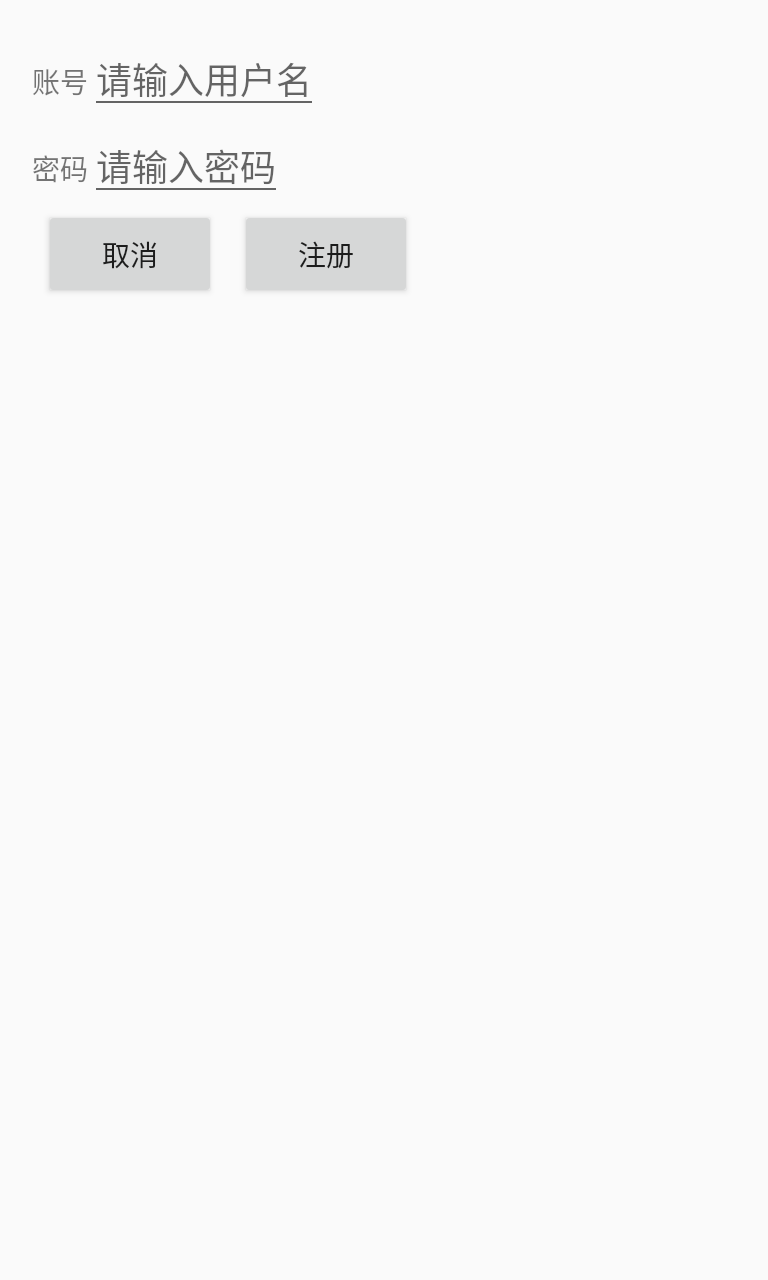
Repository: zzznn/Android_and_java
Layout: work/Day0203/res/layout/activity_main.xml
These files come from the project's save history. The layout is drawn as it stood at one moment and after the next save; the edit follows.
It is drawn on a 768 x 1280 px phone screen (xhdpi) without system bars, with theme AppTheme; the app's code is not run.

Above is the layout before, as saved 2018-01-03 12:51:57.

### work/Day0203/res/layout/activity_main.xml
<LinearLayout xmlns:android="http://schemas.android.com/apk/res/android"
    xmlns:tools="http://schemas.android.com/tools"
    android:layout_width="match_parent"
    android:layout_height="match_parent"
    android:paddingBottom="@dimen/activity_vertical_margin"
    android:paddingLeft="@dimen/activity_horizontal_margin"
    android:paddingRight="@dimen/activity_horizontal_margin"
    android:paddingTop="@dimen/activity_vertical_margin"
    android:orientation="vertical"
    tools:context="com.kevin.day0203.MainActivity" >


    <LinearLayout
        android:layout_width="match_parent"
        android:layout_height="wrap_content">

    <TextView
        android:id="@+id/tv"
        android:layout_width="wrap_content"
        android:layout_height="wrap_content"
        android:text="账号"/>



    <EditText
        android:id="@+id/et_name"
        android:layout_width="wrap_content"
        android:layout_height="wrap_content"
        android:hint="请输入用户名"
        />
    </LinearLayout>



    <LinearLayout
    	android:layout_width="wrap_content"
        android:layout_height="wrap_content">
    <TextView
        android:id="@+id/tv_sec"
        android:layout_width="wrap_content"
        android:layout_height="wrap_content"
        android:text="密码"/>

    <EditText
        android:id="@+id/et_code"
        android:layout_width="wrap_content"
        android:layout_height="wrap_content"
        android:inputType="textPassword"
        android:hint="请输入密码"
        />

    </LinearLayout>
    <LinearLayout
    	android:layout_width="wrap_content"
        android:layout_height="wrap_content">
    <Button
        android:id="@+id/btn_cansel"
        android:layout_width="0dp"
        android:layout_weight="2"
        android:layout_height="wrap_content"
        android:layout_marginRight="5dp"
        android:layout_marginLeft="5dp"
        android:text="取消"
        />

    <Button
        android:id="@+id/btn_regist"
        android:layout_width="0dp"
        android:layout_weight="3"
        android:layout_height="wrap_content"
		android:layout_marginLeft="5dp"
        android:layout_marginRight="5dp"
        android:text="注册"
        />

    </LinearLayout>

</LinearLayout>

Loaded but not shown: work/Day0203/res/values/styles.xml (common file); work/Day0203/res/values-v11/styles.xml (common file); work/Day0203/res/values-v14/styles.xml (common file); work/Day0203/res/values/dimens.xml (common file); work/Day0203/res/values-w820dp/dimens.xml (common file)

After the next save:
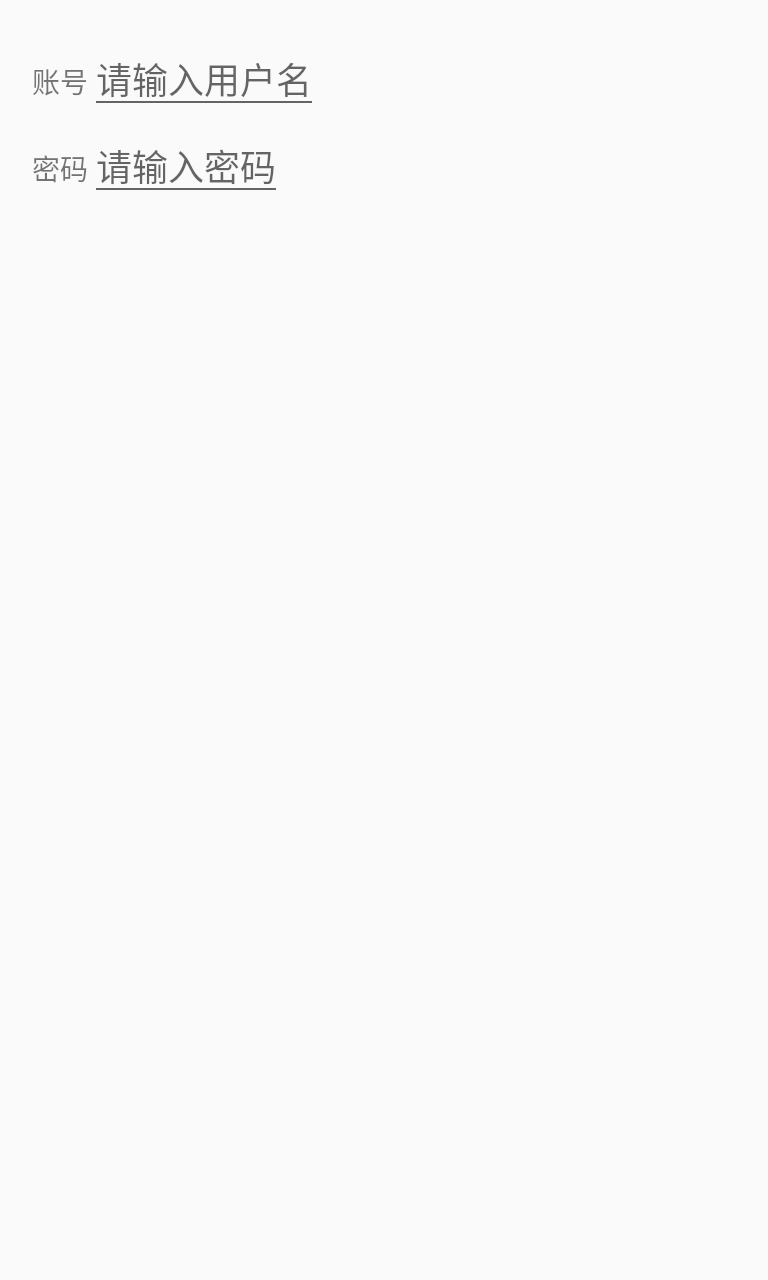
Saved 2 min 14 s later.
--- a/work/Day0203/res/layout/activity_main.xml
+++ b/work/Day0203/res/layout/activity_main.xml
@@ -55,7 +55,7 @@
         android:layout_height="wrap_content">
     <Button
         android:id="@+id/btn_cansel"
-        android:layout_width="0dp"
+        android:layout_width="2dp"
         android:layout_weight="2"
         android:layout_height="wrap_content"
         android:layout_marginRight="5dp"
@@ -65,7 +65,7 @@
 
     <Button
         android:id="@+id/btn_regist"
-        android:layout_width="0dp"
+        android:layout_width="2dp"
         android:layout_weight="3"
         android:layout_height="wrap_content"
 		android:layout_marginLeft="5dp"

After the save that followed:
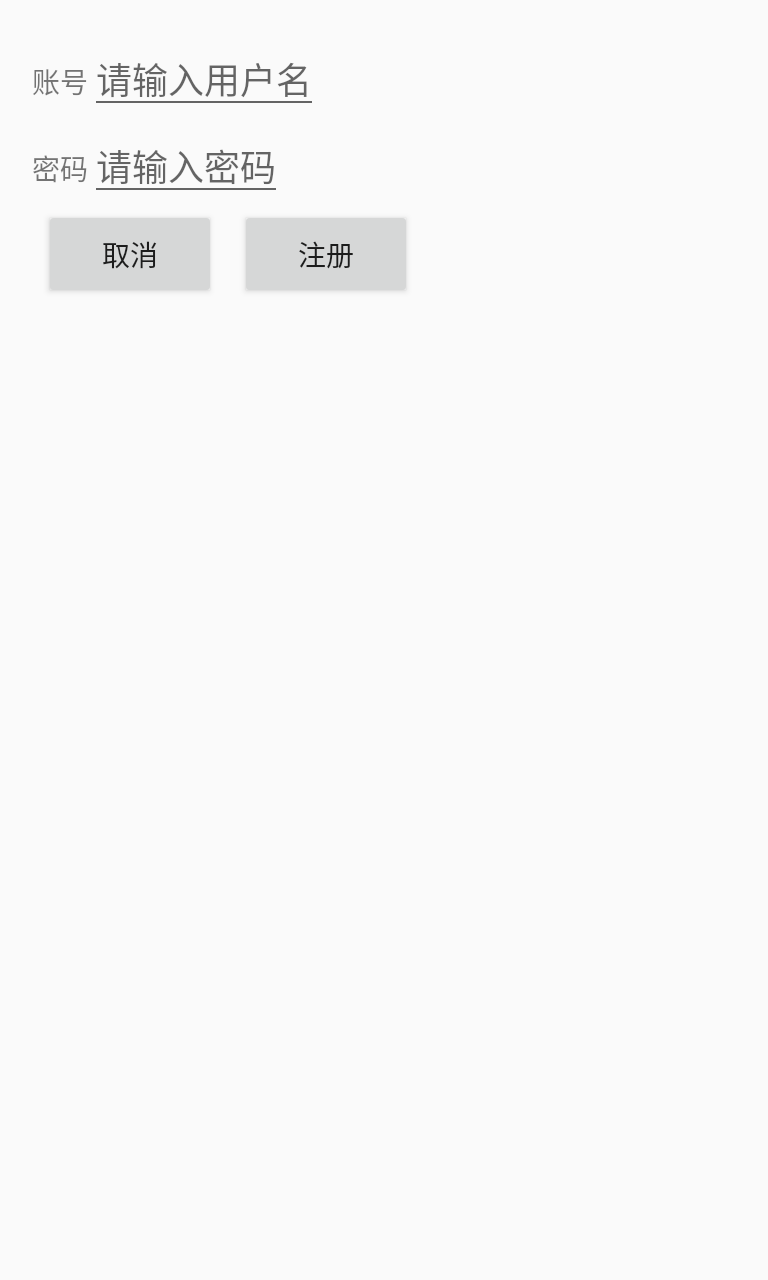
Saved 2 min 3 s later.
--- a/work/Day0203/res/layout/activity_main.xml
+++ b/work/Day0203/res/layout/activity_main.xml
@@ -55,7 +55,7 @@
         android:layout_height="wrap_content">
     <Button
         android:id="@+id/btn_cansel"
-        android:layout_width="2dp"
+        android:layout_width="0dp"
         android:layout_weight="2"
         android:layout_height="wrap_content"
         android:layout_marginRight="5dp"
@@ -65,7 +65,7 @@
 
     <Button
         android:id="@+id/btn_regist"
-        android:layout_width="2dp"
+        android:layout_width="0dp"
         android:layout_weight="3"
         android:layout_height="wrap_content"
 		android:layout_marginLeft="5dp"
